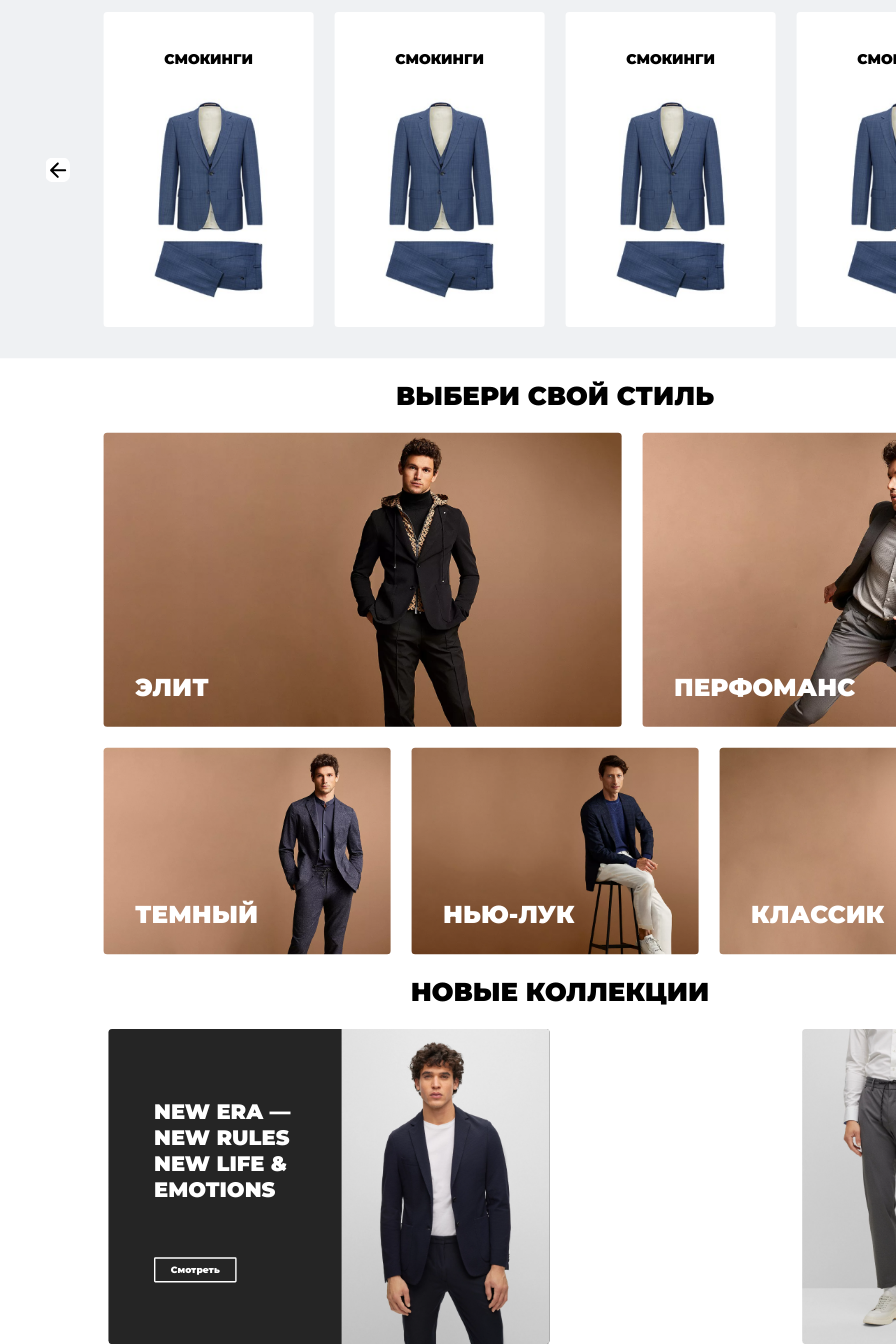
Repository: MaksimKrupkin/SigmaEllegance
Page: /
An editor plug-in stored every save of this project. The page is shown before and after a run of saves, followed by the edit.
The browser window is 1280 px wide. The pictures show the part of the page from y = 873 to 2793 px (the page is 2793 px tall), at 70% of full size.
Some web fonts or font styles are not loaded; a fallback is used. The project was rebuilt for these pictures with package versions that can differ from the ones it lists, and the page was loaded fresh each time.

Above is the page before, as saved 2023-11-23 22:54:11.

After the next 2 saves:
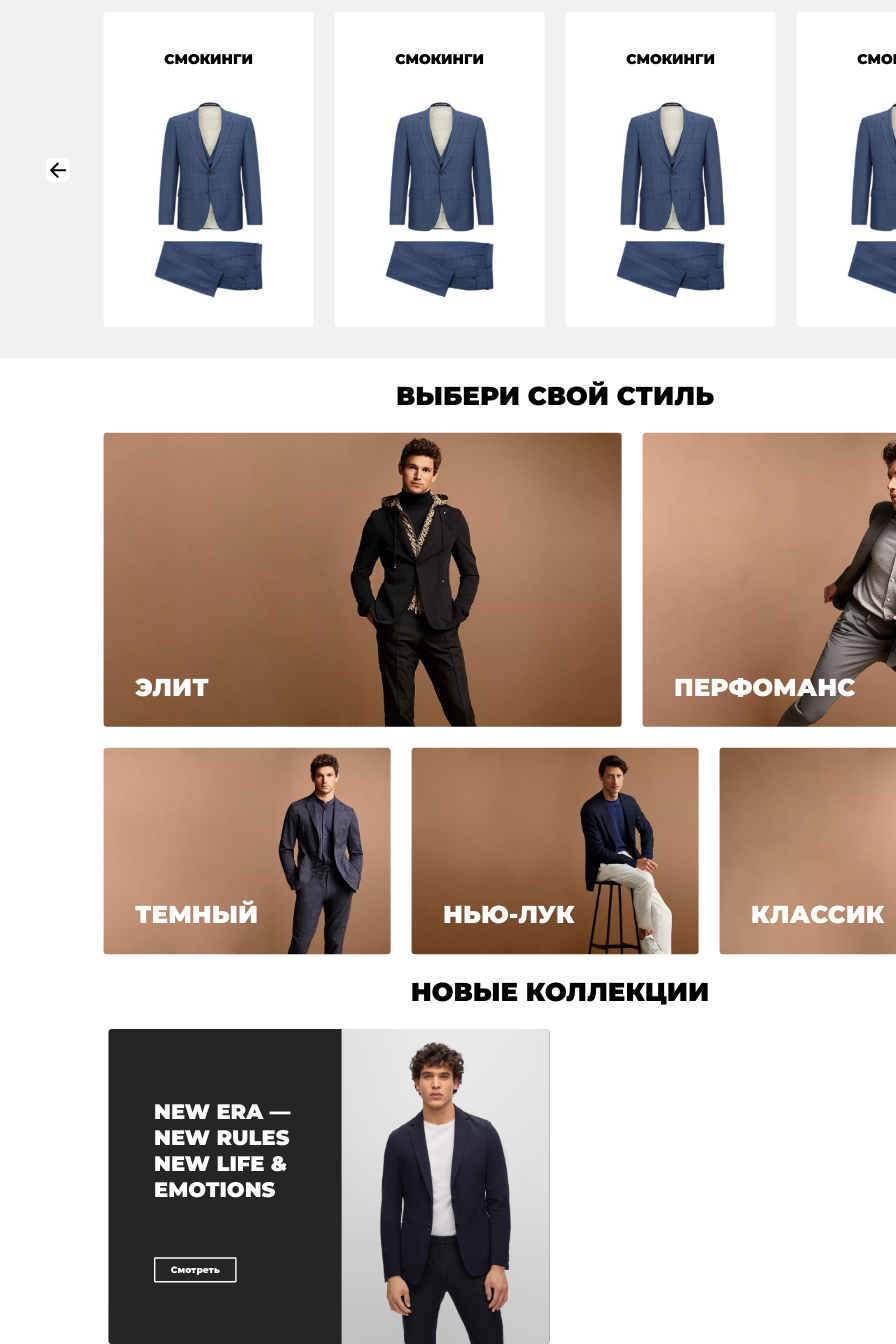
The 2 saves are shown as one change because they came seconds apart.
The last was saved 43 s later.
--- a/src/Components/Collections/Collections.module.css
+++ b/src/Components/Collections/Collections.module.css
@@ -22,8 +22,6 @@
 }
 .collections_top {
   display: flex;
-  justify-content: space-between;
-  gap: 10px;
 }
 .link_wrapper {
   display: block;

After the 3 saves that followed:
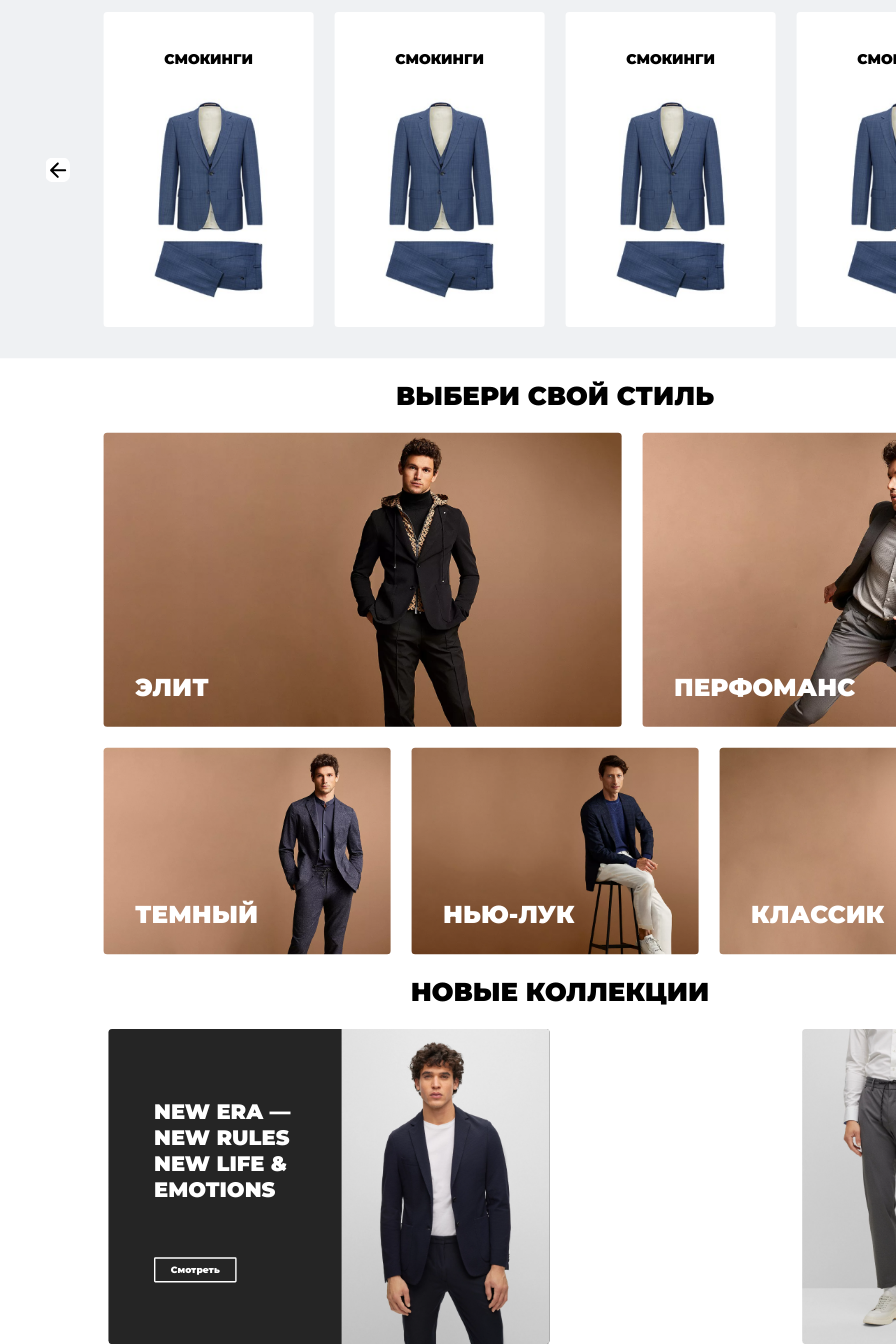
The 3 saves are shown as one change because 2 left the picture as it was.
The last was saved 107 s later.
--- a/src/Components/Collections/Collections.module.css
+++ b/src/Components/Collections/Collections.module.css
@@ -22,11 +22,12 @@
 }
 .collections_top {
   display: flex;
+  flex-direction: row;
+  justify-content: space-between;
 }
-.link_wrapper {
-  display: block;
-}
+
 .collection1 {
+  margin-right: 20px;
   display: inline-block;
   width: 630px;
   height: 450px;
@@ -79,6 +80,7 @@
 }
 .collection2 {
   display: inline-block;
+  margin-right: 20px;
   height: 450px;
   width: 299px;
   border-radius: 5px;
